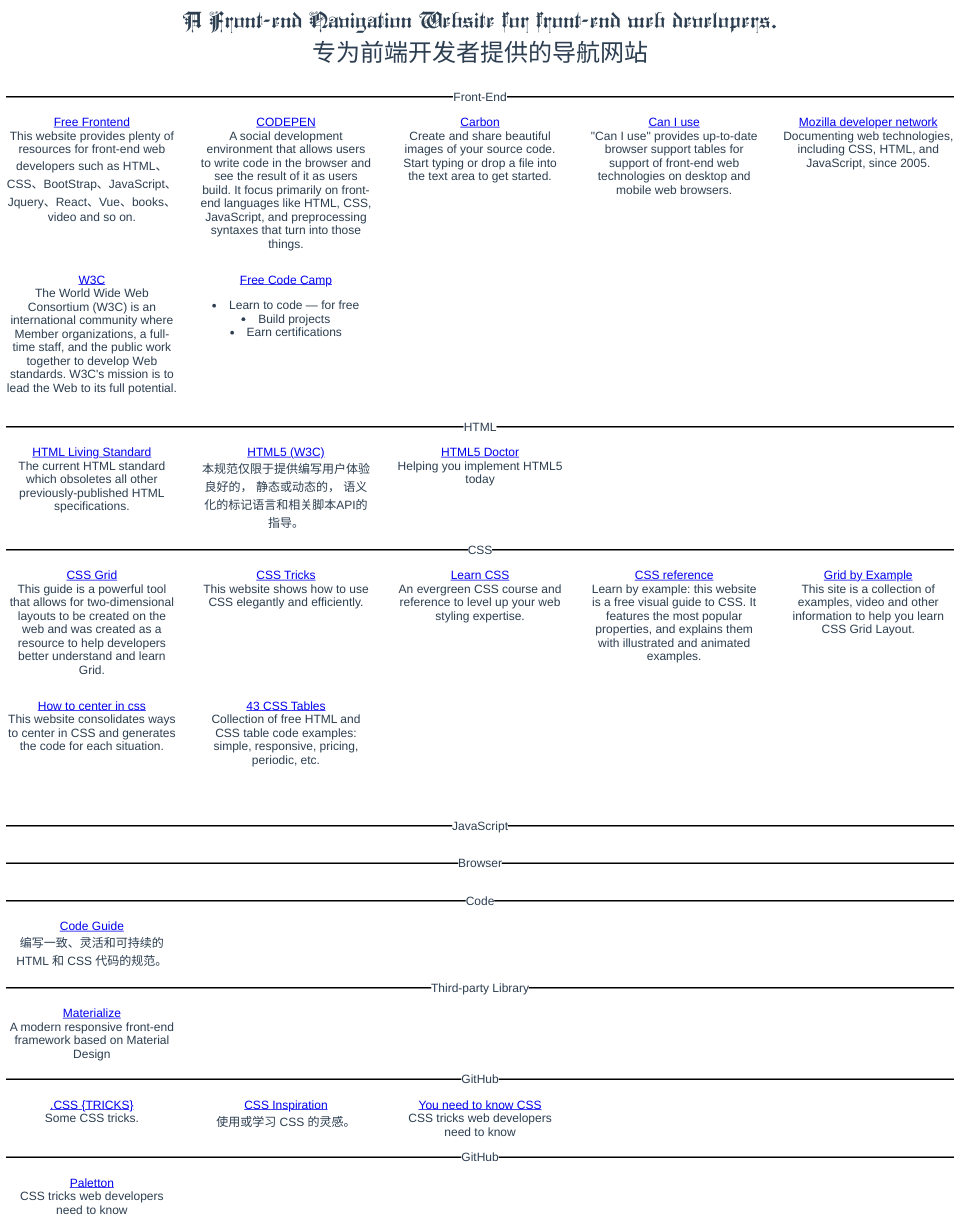
Repository: 321paranoiawhy/fenav.io
Page: /
An editor plug-in stored every save of this project. The page is shown before and after the next save, followed by the edit.
The browser window is 1280 px wide. The pictures show the whole page, at 75% of full size.
The project was rebuilt for these pictures with package versions that can differ from the ones it lists, and the page was loaded fresh each time. Also part of the build but not shown: vue.config.js.

Above is the page before, as saved 2022-04-06 01:40:20.

### src/views/HomeView.vue
<template>
    <div class="englishTitle">
        A Front-end Navigation Website for front-end web developers.
    </div>
    <div class="chineseTitle">专为前端开发者提供的导航网站</div>
    <!-- Front-End -->
    <p class="divider">Front-End</p>
    <div id="frontend" class="main">
        <div class="card">
            <a class="url" href="https://freefrontend.com/">Free Frontend</a>
            <div class="description">
                This website provides plenty of resources for front-end web
                developers such as
                HTML、CSS、BootStrap、JavaScript、Jquery、React、Vue、books、video
                and so on.
            </div>
        </div>
        <div class="card">
            <a class="url" href="https://codepen.io/trending">CODEPEN</a>
            <div class="description">
                A social development environment that allows users to write code
                in the browser and see the result of it as users build. It focus
                primarily on front-end languages like HTML, CSS, JavaScript, and
                preprocessing syntaxes that turn into those things.
            </div>
        </div>
        <div class="card">
            <a class="url" href="https://carbon.now.sh/">Carbon</a>
            <div class="description">
                Create and share beautiful images of your source code. Start
                typing or drop a file into the text area to get started.
            </div>
        </div>
        <div class="card">
            <a class="url" href="https://caniuse.com/">Can I use</a>
            <div class="description">
                "Can I use" provides up-to-date browser support tables for
                support of front-end web technologies on desktop and mobile web
                browsers.
            </div>
        </div>
        <div class="card">
            <a class="url" href="https://developer.mozilla.org/zh-CN/"
                >Mozilla developer network</a
            >
            <div class="description">
                Documenting web technologies, including CSS, HTML, and
                JavaScript, since 2005.
            </div>
        </div>
        <div class="card">
            <a class="url" href="https://www.w3.org/">W3C</a>
            <div class="description">
                The World Wide Web Consortium (W3C) is an international
                community where Member organizations, a full-time staff, and the
                public work together to develop Web standards. W3C's mission is
                to lead the Web to its full potential.
            </div>
        </div>
        <div class="card">
            <a class="url" href="https://www.freecodecamp.org/"
                >Free Code Camp</a
            >
            <div class="description">
                <ul>
                    <li>Learn to code — for free</li>
                    <li>Build projects</li>
                    <li>Earn certifications</li>
                </ul>
            </div>
        </div>
    </div>
    <!-- HTML -->
    <p class="divider">HTML</p>
    <div id="HTML" class="main">
        <div class="card">
            <a class="url" href="https://html.spec.whatwg.org/"
                >HTML Living Standard</a
            >
            <div class="description">
                The current HTML standard which obsoletes all other
                previously-published HTML specifications.
            </div>
        </div>
        <div class="card">
            <a class="url" href="https://www.w3.org/html/ig/zh/wiki/HTML5"
                >HTML5 (W3C)</a
            >
            <div class="description">
                本规范仅限于提供编写用户体验良好的， 静态或动态的，
                语义化的标记语言和相关脚本API的指导。
            </div>
        </div>
        <div class="card">
            <a class="url" href="http://html5doctor.com/">HTML5 Doctor</a>
            <div class="description">Helping you implement HTML5 today</div>
        </div>
    </div>
    <!-- CSS -->
    <p class="divider">CSS</p>
    <div id="CSS" class="main">
        <div id="grid" class="card">
            <a class="url" href="https://learncssgrid.com/">CSS Grid</a>
            <div class="description">
                This guide is a powerful tool that allows for two-dimensional
                layouts to be created on the web and was created as a resource
                to help developers better understand and learn Grid.
            </div>
        </div>
        <div id="tricks" class="card">
            <a class="url" href="https://css-tricks.com/">CSS Tricks</a>
            <div class="description">
                This website shows how to use CSS elegantly and efficiently.
            </div>
        </div>
        <div id="learn" class="card">
            <a class="url" href="https://web.dev/learn/css/">Learn CSS</a>
            <div class="description">
                An evergreen CSS course and reference to level up your web
                styling expertise.
            </div>
        </div>
        <div id="reference" class="card">
            <a class="url" href="https://cssreference.io/">CSS reference</a>
            <div class="description">
                Learn by example: this website is a free visual guide to CSS. It
                features the most popular properties, and explains them with
                illustrated and animated examples.
            </div>
        </div>
        <div id="grid" class="card">
            <a class="url" href="https://gridbyexample.com/">Grid by Example</a>
            <div class="description">
                This site is a collection of examples, video and other
                information to help you learn CSS Grid Layout.
            </div>
        </div>
        <div id="center in css" class="card">
            <a class="url" href="http://howtocenterincss.com/"
                >How to center in css</a
            >
            <div class="description">
                This website consolidates ways to center in CSS and generates
                the code for each situation.
            </div>
        </div>
        <div id="table" class="card">
            <a
                class="url"
                href="https://freefrontend.com/css-tables/#pricing-tables"
                >43 CSS Tables</a
            >
            <div class="description">
                Collection of free HTML and CSS table code examples: simple,
                responsive, pricing, periodic, etc.
            </div>
        </div>
    </div>
    <!-- JavaScript -->
    <p class="divider">JavaScript</p>
    <div id="JavaScript" class="main"></div>
    <!-- Browser -->
    <p class="divider">Browser</p>
    <div id="Browser" class="main"></div>
    <!-- Code -->
    <p class="divider">Code</p>
    <div id="Code" class="main">
        <div class="card">
            <a class="url" href="https://codeguide.bootcss.com/">Code Guide</a>
            <div class="description">
                编写一致、灵活和可持续的 HTML 和 CSS 代码的规范。
            </div>
        </div>
    </div>
    <!-- Third-party Library -->
    <p class="divider">Third-party Library</p>
    <div id="Code" class="main">
        <div id="tricks" class="card">
            <a class="url" href="https://materializecss.com/">Materialize</a>
            <div class="description">
                A modern responsive front-end framework based on Material Design
            </div>
        </div>
    </div>
    <!-- GitHub -->
    <p class="divider">GitHub</p>
    <div id="GitHub" class="main">
        <div id="tricks" class="card">
            <a class="url" href="https://github.com/QiShaoXuan/css_tricks"
                >.CSS {TRICKS}</a
            >
            <div class="description">Some CSS tricks.</div>
        </div>
        <div id="Inspiration" class="card">
            <a class="url" href="https://github.com/chokcoco/CSS-Inspiration"
                >CSS Inspiration</a
            >
            <div class="description">使用或学习 CSS 的灵感。</div>
        </div>
        <div id="" class="card">
            <a
                class="url"
                href="https://github.com/l-hammer/You-need-to-know-css"
                >You need to know CSS</a
            >
            <div class="description">
                CSS tricks web developers need to know
            </div>
        </div>
    </div>
    <!-- Color -->
    <p class="divider">GitHub</p>
    <div id="Code" class="main">
        <div id="" class="card">
            <a
                class="url"
                href="https://paletton.com/#uid=1000u0kllllaFw0g0qFqFg0w0aF"
                >Paletton</a
            >
            <div class="description">
                CSS tricks web developers need to know
            </div>
        </div>
    </div>
</template>

<script>
// @ is an alias to /src
export default {
    name: "Home",
    components: {},
};
</script>

<style scoped lang="scss">
@font-face {
    font-family: KingsCross;
    src: url(/public/fonts/KingsCross.ttf);
}
@font-face {
    font-family: NotoSansSC-Regular;
    src: url(/public/fonts/NotoSansSC-Regular.otf);
}
.englishTitle {
    font-family: KingsCross;
    font-size: 32px;
}
.chineseTitle {
    font-family: NotoSanSC-Regular;
    font-size: 32px;
    margin-bottom: 30px;
}
.main {
    display: grid;
    grid-template-columns: repeat(5, 1fr);
    grid-auto-rows: 1fr;
    grid-gap: 30px;
}
// 水平分割线 中间带文字
p {
    display: flex;
}
p:before,
p:after {
    content: "";
    flex: 1 1 0;
    border-bottom: 2px solid #000;
    margin: auto;
}
// ul
ul {
    padding: 0;
}
ul li {
    list-style-position: inside;
    text-align: center;
}
</style>

Loaded but not shown: public/index.html (common file); src/main.js (common file); src/App.vue (common file); src/router/index.js (common file); src/store/index.js (common file)

After the next save:
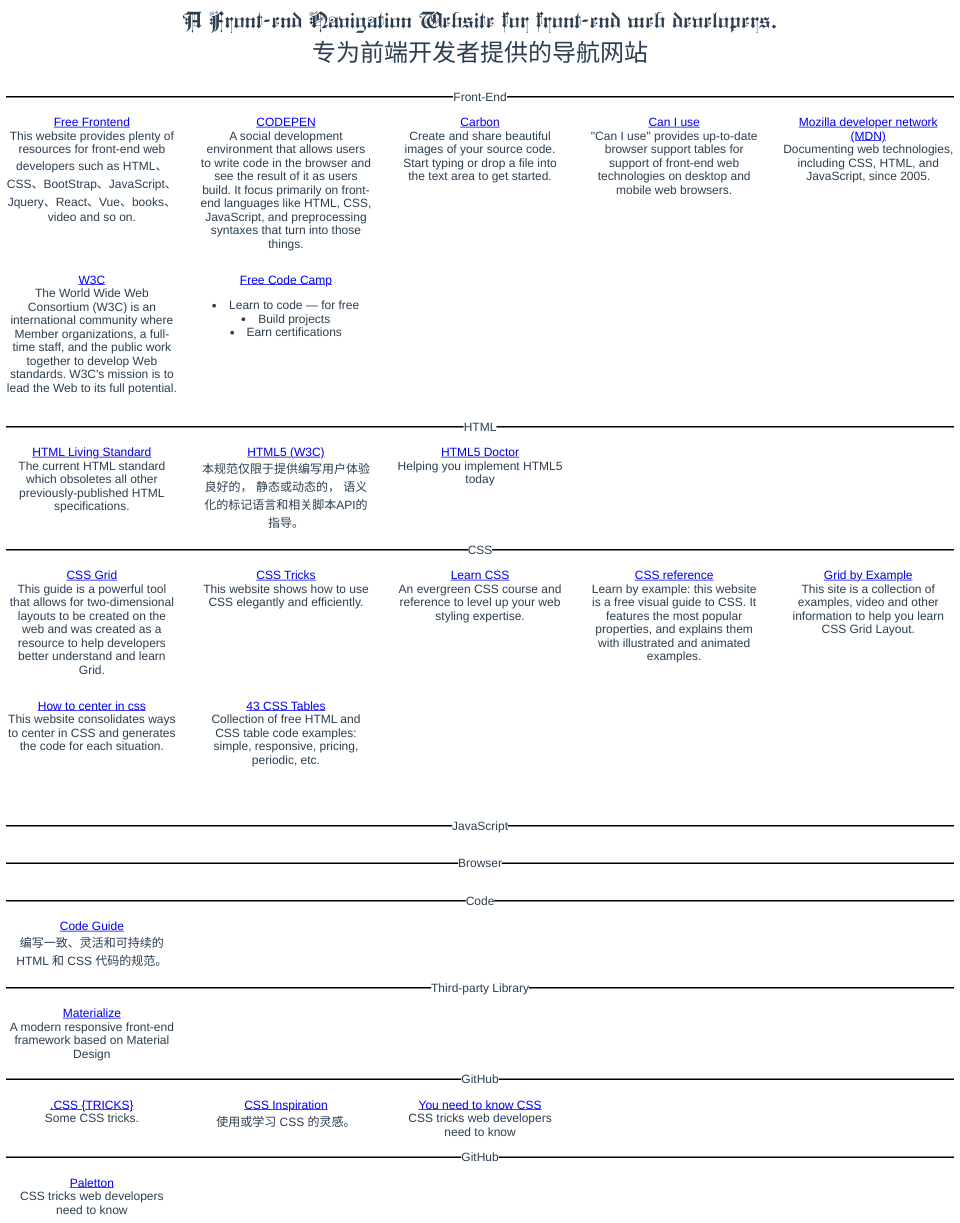
Saved 16 s later.
--- a/src/views/HomeView.vue
+++ b/src/views/HomeView.vue
@@ -41,7 +41,7 @@
         </div>
         <div class="card">
             <a class="url" href="https://developer.mozilla.org/zh-CN/"
-                >Mozilla developer network</a
+                >Mozilla developer network (MDN)</a
             >
             <div class="description">
                 Documenting web technologies, including CSS, HTML, and
